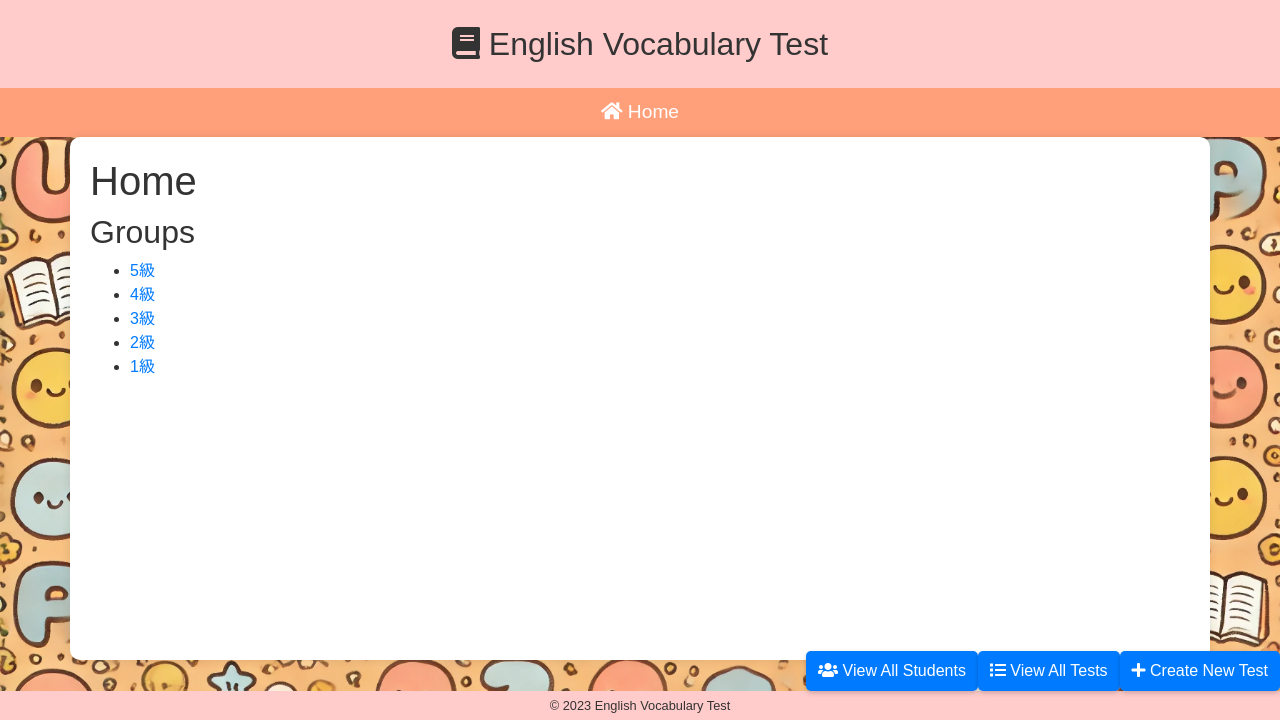
Repository: YamatoGH/testapp
Page: http://localhost/
An editor plug-in stored every save of this project. The page is shown before and after the next save, followed by the edit.
The browser window is 1280 px wide. The pictures show the whole page.
The page is served by the project's application, run on Django 5.2 (manage.py). The page reads the database file committed with the project.

Above is the page before, as saved 2024-08-01 17:51:33.

After the next save:
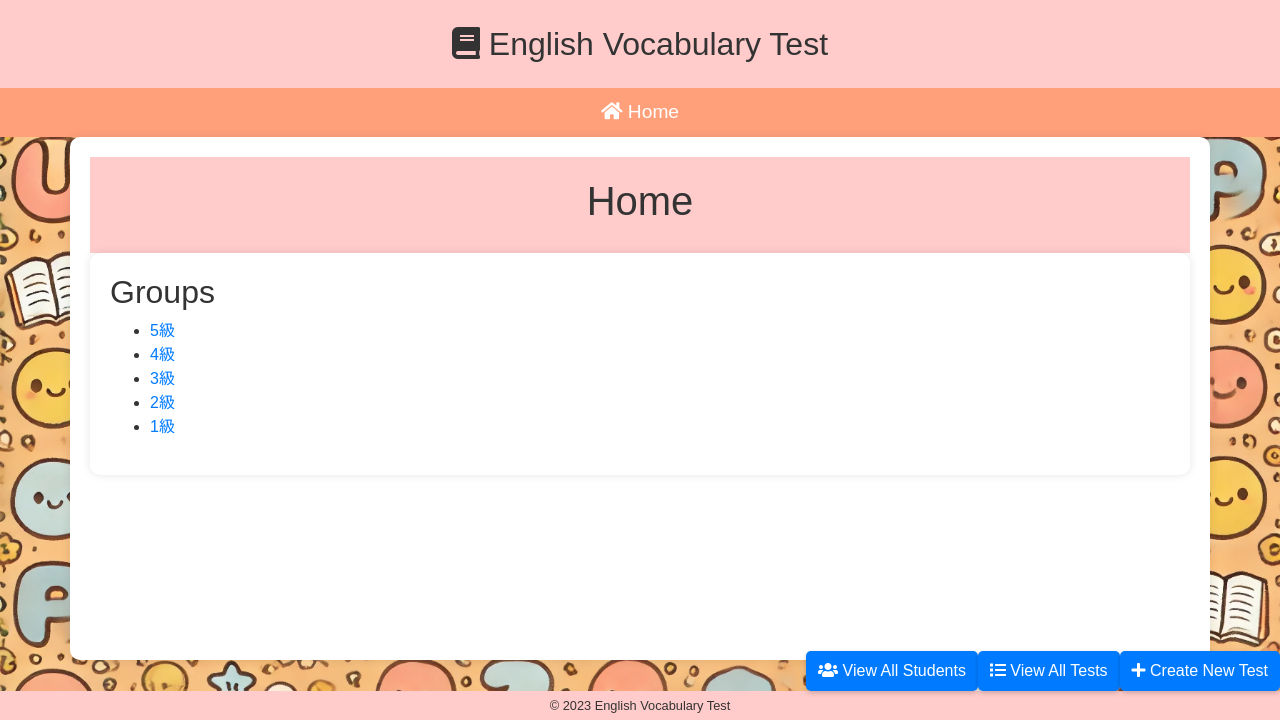
Saved 2 min 49 s later.
--- a/testapp/templates/testapp/home.html
+++ b/testapp/templates/testapp/home.html
@@ -3,18 +3,22 @@
 {% block title %}Home{% endblock %}
 
 {% block content %}
-<h1>Home</h1>
+<header>
+    <h1>Home</h1>
+</header>
 
-{% if groups %}
-    <h2>Groups</h2>
-    <ul>
-        {% for group in groups %}
-            <li><a href="{% url 'group_tests' group.pk %}">{{ group.name }}</a></li>
-        {% endfor %}
-    </ul>
-{% else %}
-    <p>No groups available.</p>
-{% endif %}
+<div class="container">
+    {% if groups %}
+        <h2>Groups</h2>
+        <ul>
+            {% for group in groups %}
+                <li><a href="{% url 'group_tests' group.id %}" class="group-link">{{ group.name }}</a></li>
+            {% endfor %}
+        </ul>
+    {% else %}
+        <p>No groups available.</p>
+    {% endif %}
+</div>
 
 <div class="fixed-buttons">
     <a href="/students/" class="btn btn-custom view-all-students-button"><i class="fas fa-users"></i> View All Students</a>
